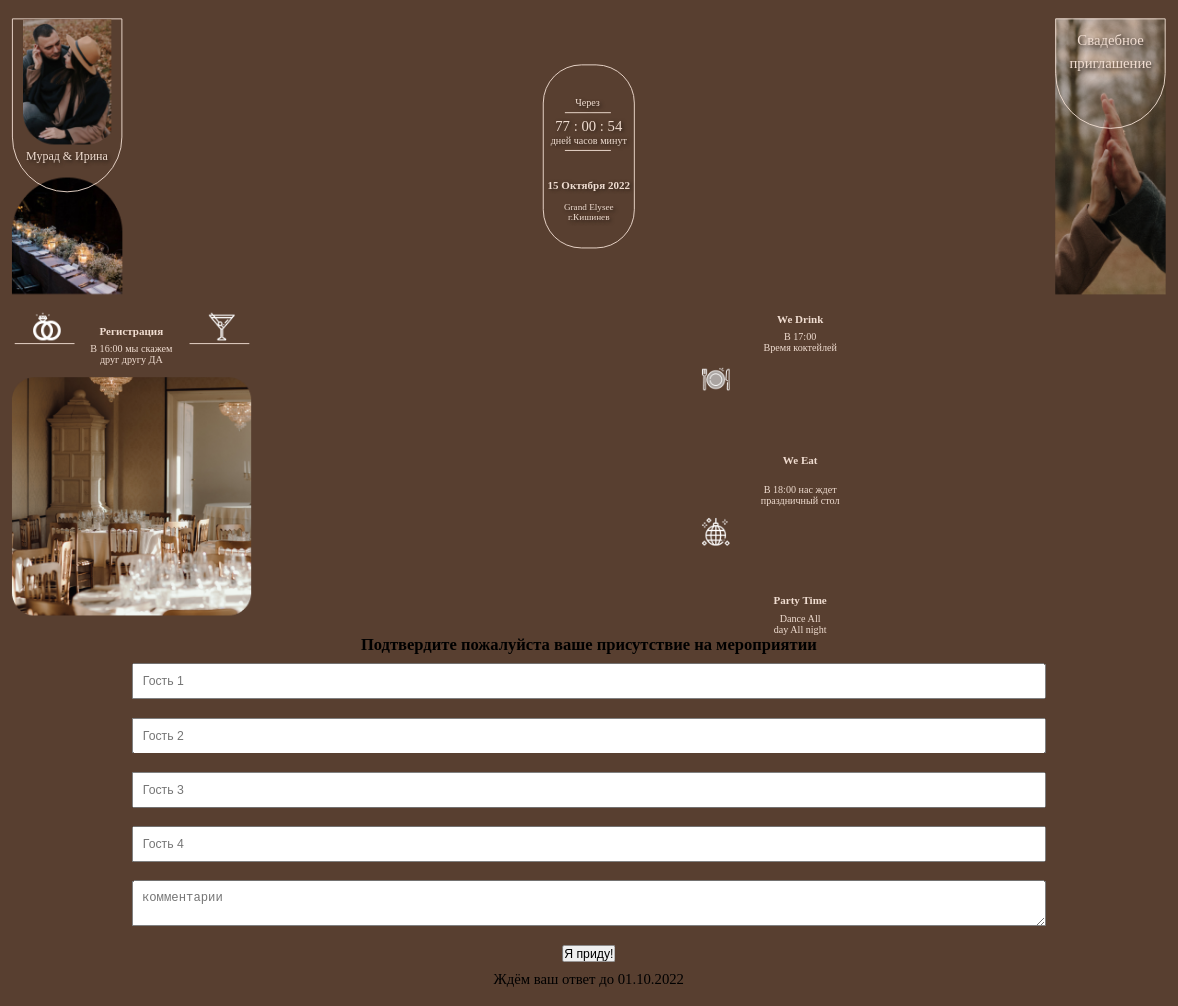
Repository: Anthony8845/wedding_invitation
Page: index.html
These files come from the project's save history. The page is drawn as it stood at one moment and after the next save; the edit follows.
The browser window is 1280 px wide. The pictures show the whole page, at 92% of full size.

Above is the page before, as saved 2022-07-30 11:08:25.

### index.html
<!DOCTYPE html>
<html lang="en">
<head>
    <meta charset="UTF-8">
    <meta http-equiv="X-UA-Compatible" content="IE=edge">
    <meta name="viewport" content="width=device-width, user-scalable=yes">
    <link rel="stylesheet" href="./style.css">
    <script defer src="./script.js"></script>
    <title>Приглашение на свадьбу</title>
</head>
<body>

    <div class="invitation">
        <div class="info">
            <div class="info_block">
                <div class="info_border">
                    <div class="info_img-u"></div>
                    <div class="info_name">Мурад & Ирина</div>
                </div>
                <div class="info_img-d"></div>
            </div>
            <div class="info_block">
                <div class="block__data">
                    <div class="container">
                        <span class="bord">Через</span>
                        <p id="timer">
                            <span id="timer-days"></span>
                            <span id="timer-hours"></span>
                            <span id="timer-mins"></span>
                            <br>
                        </p>
                        <div >
                            <span>дней</span>
                            <span>часов</span>
                            <span>минут</span>
                        </div>
                       <div class="date_border"></div>
                    </div>
                    <div class="info_date">
                        <h4>15 Октября 2022</h4>
                        <p>Grand Elysee <br>
                            г.Кишинев</p>
                    </div>
                </div>
            </div>
            <div class="info_block">
                <div class="info_invitation">Свадебное<br>приглашение</div>
                <div class="info_img-r"></div>
            </div>

        </div>
        <div class="timetable">
            <div class="timetable_block">
                <div class="block_icon">
                    <div class="icon_reg icon"></div>
                    <div class="line_icon-d"></div>
                </div>
                <div class="block_reg">
                    <h4>Регистрация</h4>
                    <p>В 16:00 мы скажем <br> друг другу ДА</p>
                </div>
                <div class="block_icon">
                    <div class="icon_drink icon"></div>
                    <div class="line_icon-d"></div>
                </div>

            </div>
            <div class="timetable_block">
                <div class="img_table"></div>
            </div>
            <div class="timetable_block">
                <div class="block_drink">
                    <h4>We Drink</h4>
                    <p>В 17:00<br> Время коктейлей</p>
                </div>
                <div class="block_icon">
                    <div class="icon_eat icon"></div>
                    <div class="line_icon-l"></div>
                </div>

                <div class="block_eat"></div>
                    <h4>We Eat</h4>
                    <p>В 18:00 нас ждет <br> праздничный стол</p>
                    <div class="block_icon">
                        <div class="icon_party icon"></div>
                        <div class="line_icon-l"></div>
                    </div>

                <div class="block_party">
                    <h4>Party Time</h4>
                    <p>Dance All<br> day All night</p>
                </div>
            </div>
        </div>
        <div class="thanks">
            <div></div>
            <div></div>
            <div></div>
        </div>
        <form class="form"  action="mail.php"  method="POST" >
            <h2 class="form__header">Подтвердите пожалуйста ваше присутствие на мероприятии</h2>
            <input class="form__input_item" type="text" name="Guest1" placeholder="Гость 1">
            <input class="form__input_item" type="text" name="Guest2" placeholder="Гость 2">
            <input class="form__input_item" type="text" name="Guest3" placeholder="Гость 3">
            <input class="form__input_item" type="text" name="Guest4" placeholder="Гость 4">
            <textarea class="form__comment" name="Comment" placeholder="комментарии"></textarea>
            <button class="form__btn">Я приду!</button>
        </form>
        <div class="footer">Ждём ваш ответ до 01.10.2022</div>
    </div>
</body>
</html>

### style.css
* {
    box-sizing: border-box;
    margin: 0;
    padding: 0;
}

body{

    padding: 20px 0;
    background-color: rgb(88, 63, 48);
}



.invitation {
    display: flex;
    flex-direction: column;
    justify-content: center;
    margin: 0 1% 0 1%;
}
.info {
    text-align: center;
    margin-bottom: 20px;
    display: flex;
    justify-content: space-between;
    color: rgb(240, 221, 209);
    text-shadow: 2px 2px 4px rgb(44, 32, 24);
}
.info_block .block__data{
    display: flex;
    justify-content: center;
    align-items: center;
   margin-top: 50px;
}
.info_border {
    width: 120px;
    position: absolute;
    border: 1px solid rgb(240, 221, 209);
    padding-bottom: 30px;
    border-radius: 0 0 60px 60px;

}
.info_img-u {
    width: 120px;
    height: 136px;
    background: url(./img/IMG_2.png) no-repeat;
    margin-left: auto;
    margin-right: auto;
    width: 6em;
    margin-bottom: 5px;


}
.info_name {
    font-size: 13px;
}
.info_img-d {
    margin-top: 173px;
    width: 120px;
    height: 127px;
    background: url(./img/Image.png) no-repeat;
}

.info_img-r {
    width: 120px;
    height: 300px;
    background: url(./img/IMG_104-300.png) no-repeat;
    background-size: cover;
}


.block__data {
    font-size: 11px;
    display: flex;
    flex-direction: column;
    /* vertical-align: middle; */
    width: 100px;
    height: 200px;
    border: 1px solid rgb(240, 221, 209);
    border-radius: 42px;
}
.container{
    font-size: 11px;
}

.container #timer{
    font-size: 16px;
    /* display: flex;
    flex-direction: row; */
}

.info_timer {

}
#timer {
    padding: 5px 0 0 0;
}

.bord {
    display: block;
    width: 50px;
    padding: 5px 0;
    margin-left: 15px;
    border-bottom: 1px solid rgb(240, 221, 209);
}

.date_border {
    width: 50px;
    margin-left: 15px;
    padding: 0 0 5px 0;
    border-bottom: 1px solid rgb(240, 221, 209);
}

.info_date {
    margin-top: 30px;
    font-size: 10px;
}
.info_date h4 {
    font-size: 12px;
    padding-bottom: 10px;
}

.info_invitation{
    width: 120px;
    height: 120px;
    position: absolute;
    border: 1px solid rgb(240, 221, 209);
    border-radius: 0 0 60px 60px;
    padding-top: 10px;
    line-height: 25px;
}

.icon {
    width: 30px;
    height: 30px;
}

.block_icon{
    padding: 0 0 0 23px;
    width: 70px;
    height: 70px;
}

.line_icon-d{
    width: 65px;
    position: relative;
    right: 20px;
    padding-top: 3px;
    border-bottom: 1px solid rgb(240, 221, 209);
}
.line_icon-l{

}

.timetable {

    font-size: 11px;
    color: rgb(240, 221, 209);
    /* max-width: 390px; */
    height: 350px;
    display: flex;
    flex-direction: column;
    flex-wrap: wrap;

}
.timetable_block {
    text-align: center;
    max-width: 260px;
    display: flex;
    justify-content: space-between;
}

.timetable_block:last-child {
    margin-left: 2%;
    height: 350px;
    display: flex;
    flex-direction: column;
    /* justify-content: space-between; */
}

.timetable_block h4 {
    font-size: 12px;
    padding-bottom: 5px;
}

.icon_reg {

    background: url(./img/wedding-rings.png) no-repeat ;
    background-size: contain;
}
.block_reg {
   padding-top: 5%;
}
.icon_drink {

    background: url(./img/martini.png) no-repeat;
    background-size: contain;
}
.img_table {
    width: 260px;
    height: 259px;
    background: url(./img/interior.png);
}
.block_drink {
}
.icon_eat {
    background: url(./img/dish.png) no-repeat;
    background-size: contain;
}
.block_eat {
}
.icon_party {
    background: url(./img/mirror-ball.png);
    background-size: contain;
}
.block_party {
}





.form {

    text-align: center;
    margin: 0 10%;

    display: flex;
    flex-direction: column;

}

.form::after {
    content: '';
    position: absolute;
    top: 0;
    left: 0;
    width: 100%;
    height: 100%;
    background: #767676 url(./img/heart.gif) center /50px no-repeat;
    opacity: 0;
    visibility: hidden;
}

.form._sending::after {
    opacity: 0.8;
    visibility: visible;
}


.form__header {
    font-size: 18px;
}

.form__input_item {
    margin: 10px 5px;
    padding: 10px 10px;

}

.form__comment {
    padding: 10px 10px;
    margin: 10px 5px;
    resize: vertical;
    height: 50px;
}

.form__btn {
    margin: 0 auto;
    margin-top: 10px;
    max-width: 70px;
}

.footer {
    margin-top: 10px;
    text-align: center;
}

### script.js
var endDate = new Date("Oct 15, 2022 12:00:00").getTime();
var timer = setInterval(function() {
    let now = new Date().getTime();
    let t = endDate - now;

    if (t >= 0) {

        let days = Math.floor(t / (1000 * 60 * 60 * 24));
        let hours = Math.floor((t % (1000 * 60 * 60 * 24)) / (1000 * 60 * 60));
        let mins = Math.floor((t % (1000 * 60 * 60)) / (1000 * 60));


        document.getElementById("timer-days").innerHTML = days +
        "<span class='label'> :</span>";

        document.getElementById("timer-hours").innerHTML = ("0"+hours).slice(-2) +
        "<span class='label'> :</span>";

        document.getElementById("timer-mins").innerHTML = ("0"+mins).slice(-2) +
        "<span class='label'></span>";


    } else {
        document.getElementById("timer").innerHTML = "The countdown is over!";

    }

}, 1000);


// 'use strict'

// document.addEventListener('DOMContentLoaded', function () {
//     const form = document.querySelector('.form');

//     form.addEventListener('submit', formSend);

//     async function formSend(e) {
//         e.preventDefault();

//         let formData = new FormData(form)


//         form.classList.add('_sending')

//         let responce = await fetch('send.php', {
//             method: 'POST',
//             body: formData
//         })
//         console.log(responce)
//         if(responce.ok) {
//             let result = await responce.json();
//             console.log(result.message)
//             form.reset()
//             form.classList.remove('_sending')

//         }else{
//             alert('Error бл')
//         }
//     }
// })

After the next save:
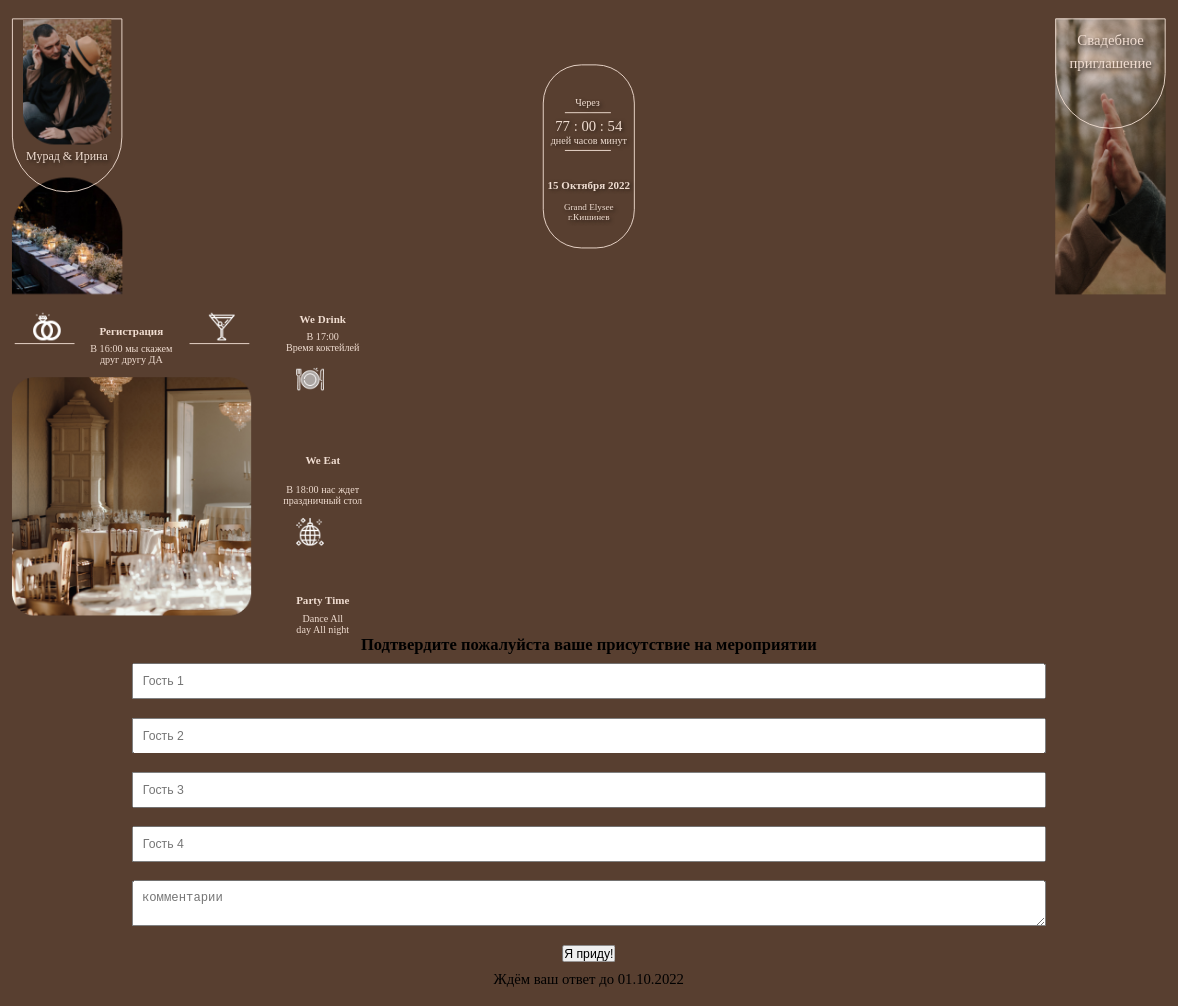
Saved 6 s later.
--- a/style.css
+++ b/style.css
@@ -156,7 +156,7 @@ body{
 
     font-size: 11px;
     color: rgb(240, 221, 209);
-    /* max-width: 390px; */
+    max-width: 390px;
     height: 350px;
     display: flex;
     flex-direction: column;
